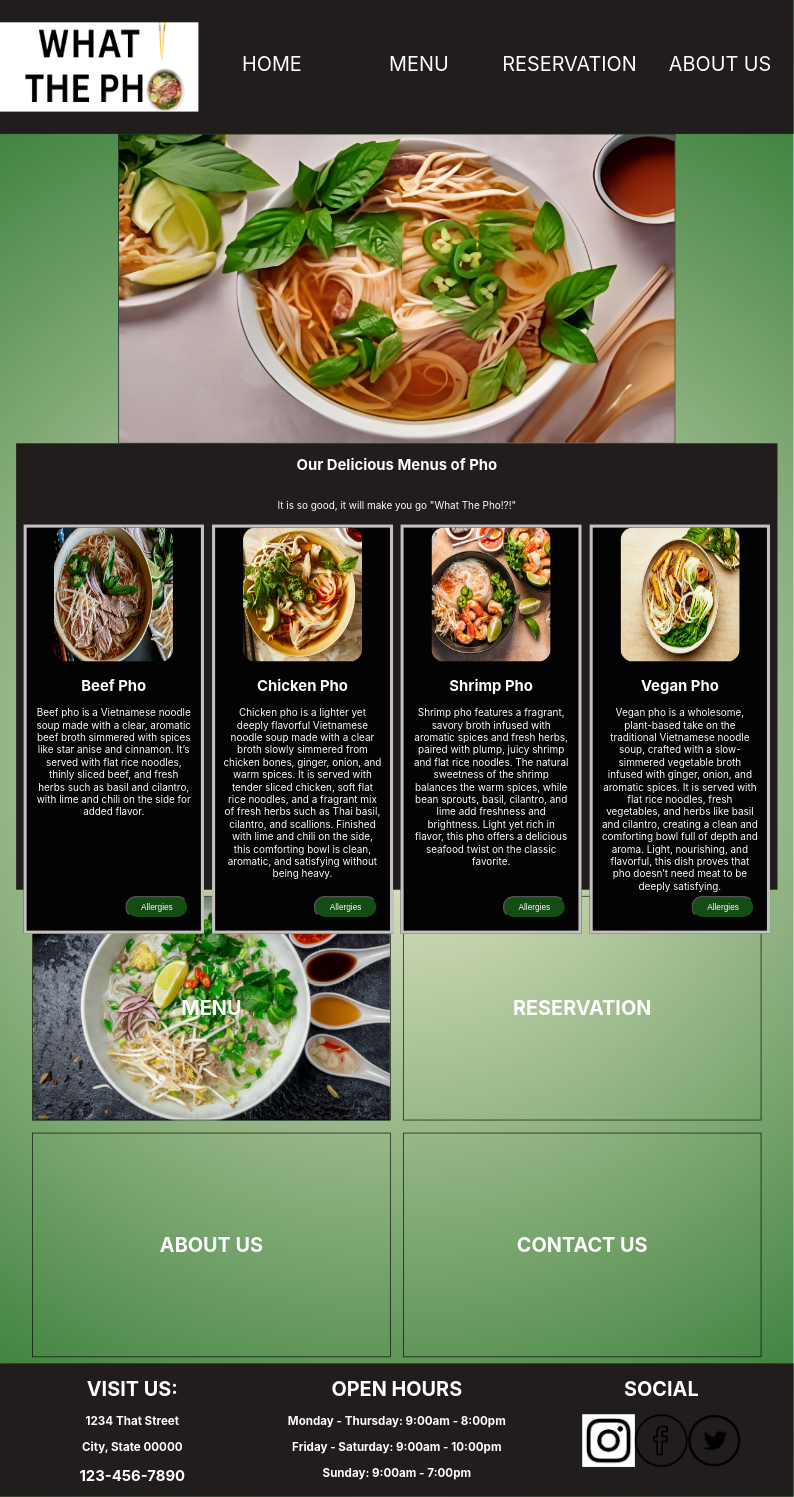
Repository: NguyenkhDang/Restaurant-Website
Page: /
The author's editor kept a copy of each file at every save. The page is drawn from the files as they stood at one save, then again after the next save.
The browser window is 1280 px wide. The pictures show the whole page, at 62% of full size.
The project was rebuilt for these pictures with package versions that can differ from the ones it lists, and the page was loaded fresh each time.

Above is the page before, as saved 2026-01-16 18:48:10.

After the next save:
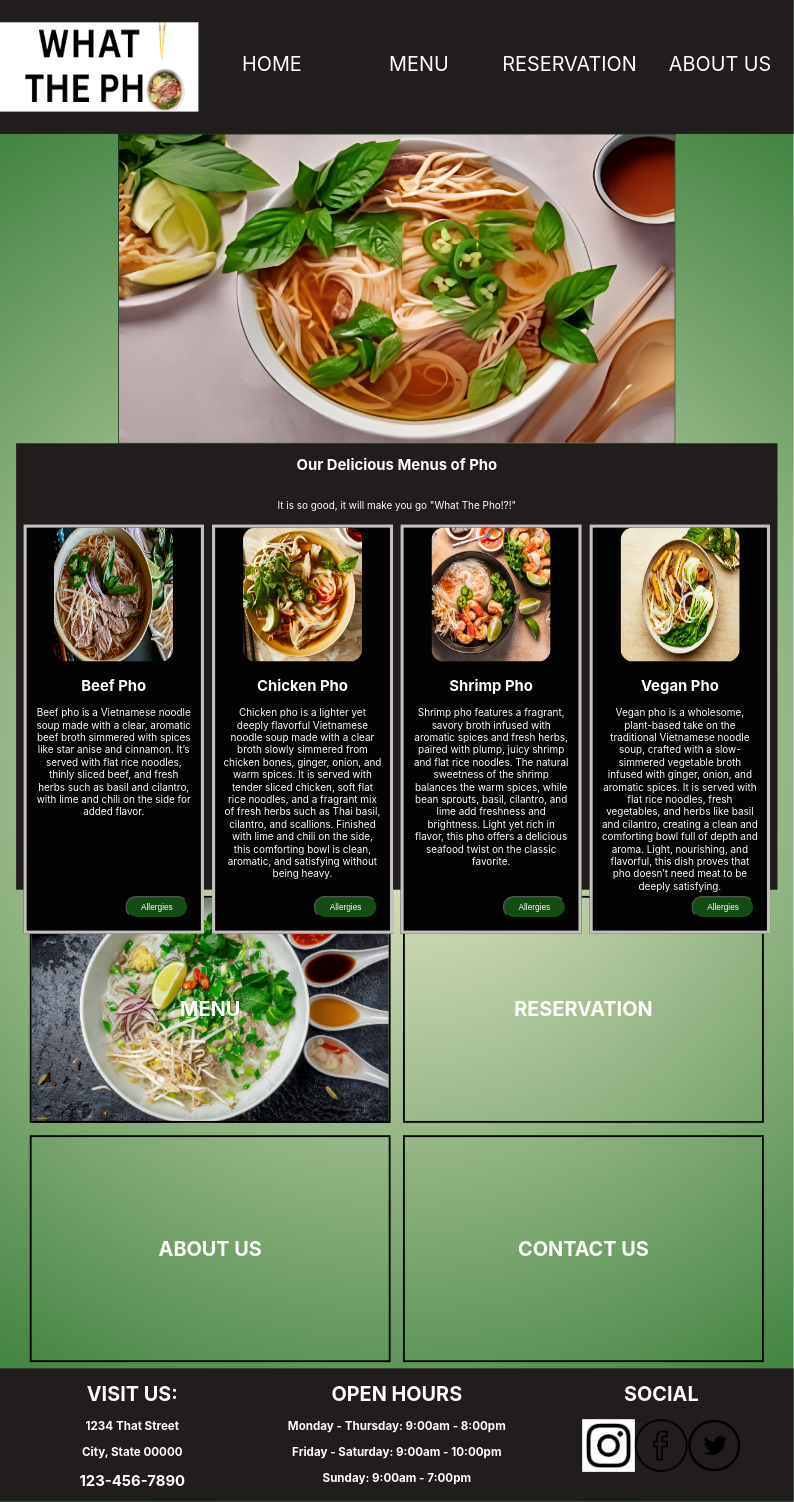
Saved 17 s later.
--- a/src/CSS/SectionContainer.css
+++ b/src/CSS/SectionContainer.css
@@ -17,5 +17,5 @@
   background-position: center;
   background-repeat: no-repeat;
 
-  border: 1px solid black;
+  border: 3px solid black;
 }
